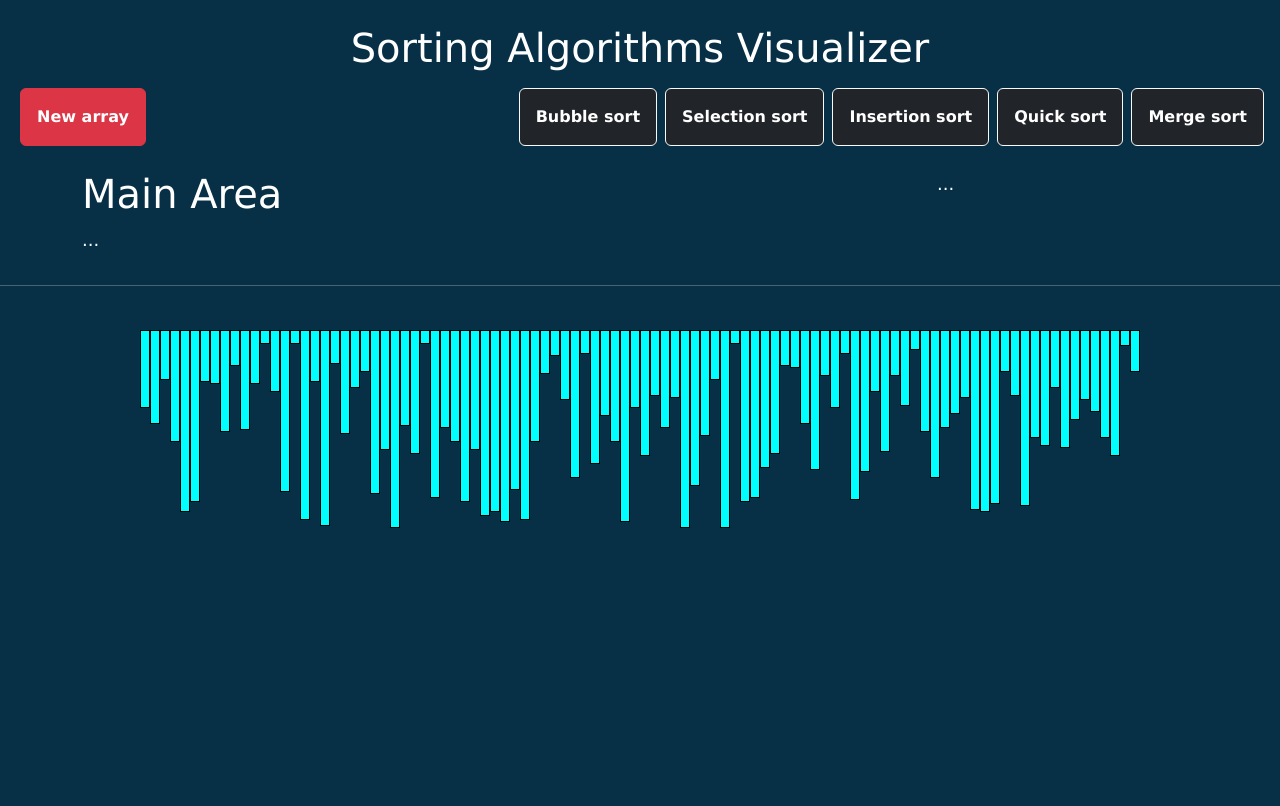
Repository: Vasil1001/Sorting-Algorithms-Visualizer-js
Page: views/index.html
The author's editor kept a copy of each file at every save. The page is drawn from the files as they stood at one save, then again after the next save.
The browser window is 1280 px wide. The pictures show the whole page.

Above is the page before, as saved 2022-11-03 17:47:31.

After the next save:
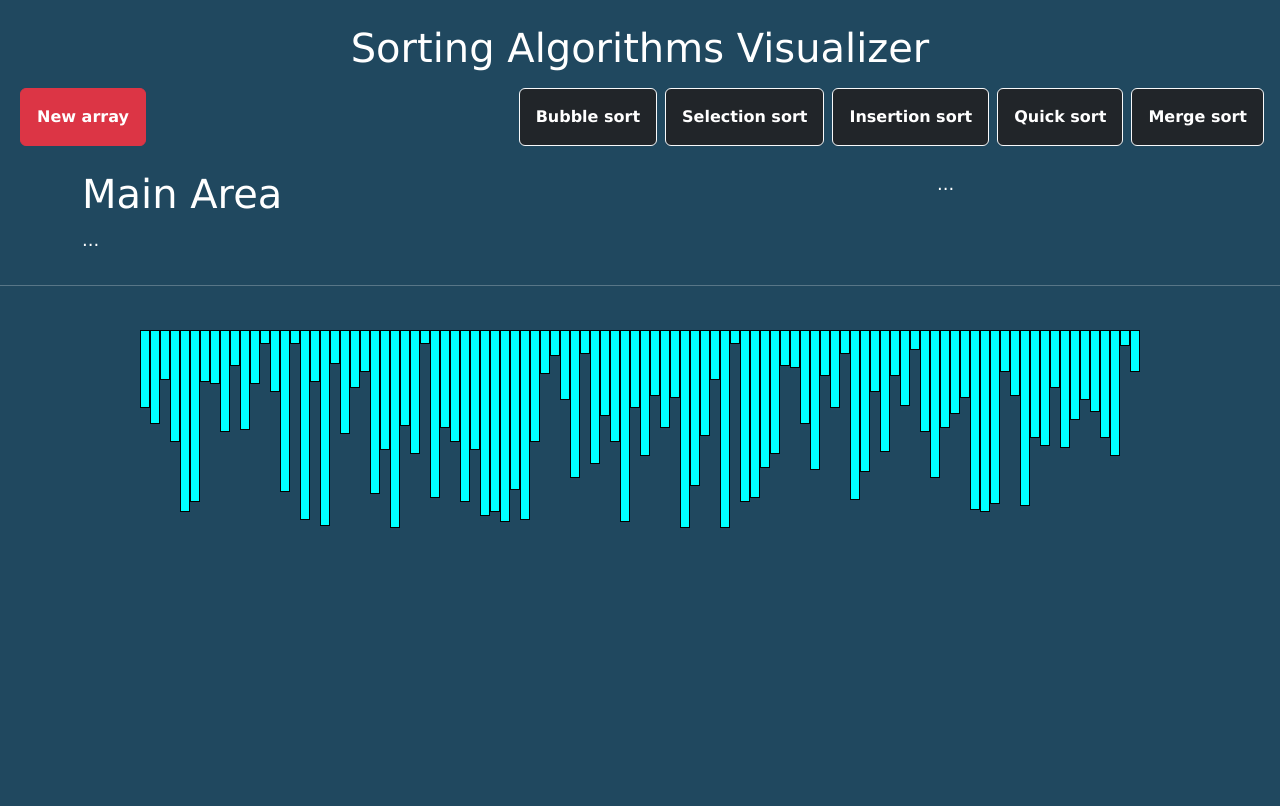
Saved 4 s later.
--- a/css/base.css
+++ b/css/base.css
@@ -1,5 +1,5 @@
 body {
-    background-color: rgb(7, 48, 71);
+    background-color: rgb(32, 72, 95);
     color:white;
     font-size: 18px;
     font-family: 'Lucida Sans', 'Lucida Sans Regular', 'Lucida Grande', 'Lucida Sans Unicode', Geneva, Verdana, sans-serif;
